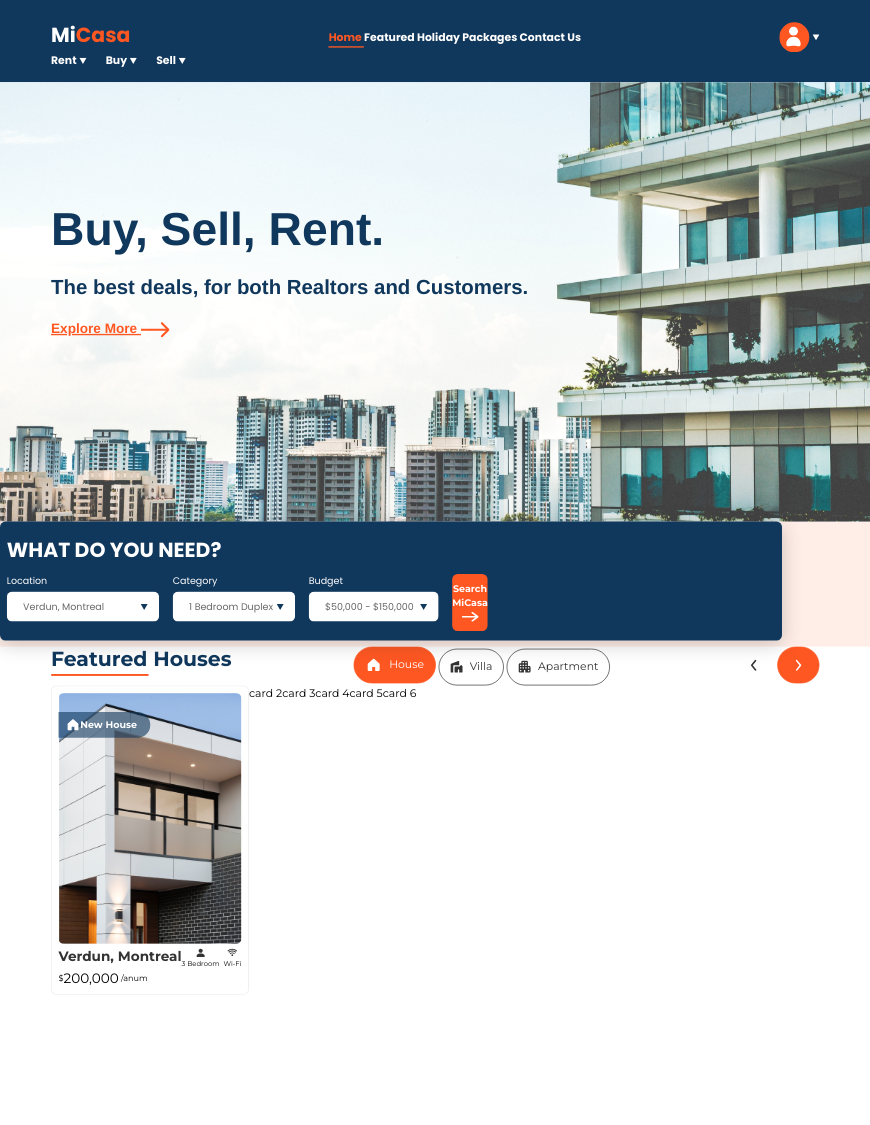
Repository: BenUnyolo/micasa-frontend
Page: index.html
An editor plug-in stored every save of this project. The page is shown before and after the next save, followed by the edit.
The browser window is 1280 px wide. The pictures show the whole page, at 68% of full size.

Above is the page before, as saved 2021-10-17 17:10:30.

### index.html
<!DOCTYPE html>
<html lang="en">
  <head>
    <meta charset="UTF-8" />
    <meta http-equiv="X-UA-Compatible" content="IE=edge" />
    <meta name="viewport" content="width=device-width, initial-scale=1.0" />
    <title>Document</title>
    <link rel="stylesheet" href="tailwind.css" />
  </head>
  <body>
    <!-- HEADER -->
    <header class="pt-8 pb-5 text-white bg-primary-600">
      <div class="inner-container">
        <!-- top row -->
        <div class="flex flex-row justify-between">
          <a
            href="/"
            class="inline-block text-3xl font-bold leading-10 font-poppins"
          >
            Mi<span class="text-secondary-600">Casa</span>
          </a>
          <nav class="flex items-center inline-block">
            <ul class="font-bold li-inline space-x-14 font-poppins">
              <li
                class="
                  text-secondary-600
                  border-b-2
                  pb-0.5
                  border-secondary-600
                "
              >
                <a href="/">Home</a>
              </li>
              <li><a href="#">Featured</a></li>
              <li><a href="#">Holiday Packages</a></li>
              <li><a href="#">Contact Us</a></li>
            </ul>
          </nav>
          <div class="flex flex-row items-center">
            <img src="assets/images/user_avatar.svg" alt="user avatar" />
            <svg
              width="14"
              height="12"
              viewBox="0 0 14 12"
              fill="none"
              xmlns="http://www.w3.org/2000/svg"
              class="pl-1"
            >
              <title>profile dropdown</title>
              <path d="M7 12L0.0717964 0H13.9282L7 12Z" fill="white" />
            </svg>
          </div>
        </div>
        <!-- bottom row -->
        <div>
          <ul class="space-x-6 font-bold li-inline font-poppins">
            <li>
              Rent
              <svg
                width="12"
                height="9"
                viewBox="0 0 12 9"
                fill="none"
                xmlns="http://www.w3.org/2000/svg"
                class="inline-block"
              >
                <path d="M6 9L0.803848 0H11.1962L6 9Z" fill="white" />
              </svg>
            </li>
            <li>
              Buy
              <svg
                width="12"
                height="9"
                viewBox="0 0 12 9"
                fill="none"
                xmlns="http://www.w3.org/2000/svg"
                class="inline-block"
              >
                <path d="M6 9L0.803848 0H11.1962L6 9Z" fill="white" />
              </svg>
            </li>
            <li>
              Sell
              <svg
                width="12"
                height="9"
                viewBox="0 0 12 9"
                fill="none"
                xmlns="http://www.w3.org/2000/svg"
                class="inline-block"
              >
                <path d="M6 9L0.803848 0H11.1962L6 9Z" fill="white" />
              </svg>
            </li>
          </ul>
        </div>
      </div>
    </header>

    <!-- HERO -->
    <div class="hero">
      <div class="flex inner-container">
        <div class="w-6/12">
          <h1 class="text-primary-600">Buy, Sell, Rent.</h1>
          <h2 class="mt-7.5 text-primary-600">
            The best deals, for both Realtors and Customers.
          </h2>
          <a
            href="#"
            class="
              inline-block
              mt-7.5
              text-secondary-600
              font-helvetica font-bold
              text-xl
              underline
            "
            >Explore More
            <svg
              width="43"
              height="23"
              viewBox="0 0 43 23"
              fill="none"
              xmlns="http://www.w3.org/2000/svg"
              class="inline-block"
            >
              <path
                d="M41.6936 12.9142C42.2794 12.3284 42.2794 11.3786 41.6936 10.7929L32.1477 1.24691C31.5619 0.661127 30.6122 0.661127 30.0264 1.24691C29.4406 1.8327 29.4406 2.78245 30.0264 3.36823L38.5117 11.8535L30.0264 20.3388C29.4406 20.9246 29.4406 21.8743 30.0264 22.4601C30.6122 23.0459 31.5619 23.0459 32.1477 22.4601L41.6936 12.9142ZM0.0714722 13.3535H40.633V10.3535H0.0714722V13.3535Z"
                fill="#FF5722"
              />
            </svg>
          </a>
        </div>
      </div>
    </div>

    <!-- SEARCH & HOW IT WORKS -->
    <div class="relative">
      <!-- what do you need -->
      <div
        class="absolute w-full pt-5 -mb-5 text-sm text-white rounded-lg  px-28 pb-7 font-poppins bg-primary-600 absolute-center inner-container -top-32"
        id="homepage-search"
      >
        <h3 class="leading-normal uppercase font-poppins">What do you need?</h3>
        <!-- search boxes -->
        <span class="inline-block w-full mt-3">
          <div class="flex flex-wrap -m-2.5">
            <!-- location -->
            <div class="w-1/3 p-2.5">
              <label for="location" class="block">Location</label>
              <select name="location" id="search-location">
                <option value="verdun-montreal">Verdun, Montreal</option>
                <option value="sthenri-montreal">Saint Henri, Montreal</option>
                <option value="littleburgundy-montreal">
                  Little Burgundy, Montreal
                </option>
              </select>
            </div>
            <!-- category -->
            <div class="w-1/3 p-2.5">
              <label for="category" class="block">Category</label>
              <select name="category" id="search-category">
                <option value="1br-duplex">1 Bedroom Duplex</option>
                <option value="2br-duplex">2 Bedroom Duplex</option>
                <option value="3br-duplex">3 Bedroom Duplex</option>
              </select>
            </div>
            <!-- category -->
            <div class="w-1/3 p-2.5">
              <label for="budget" class="block">Budget</label>
              <select name="budget" id="search-budget">
                <option value="50k-150k">$50,000 - $150,000</option>
                <option value="150k-250k">$150,001 - $250,000</option>
                <option value="250k-350k">$250,001 - $350,000</option>
              </select>
            </div>
            <!-- search button -->
            <div class="w-1/3 p-2.5 ml-auto">
              <div class="relative w-full">
                <button class="absolute btn-standard">
                  Search MiCasa
                  <svg
                    width="25"
                    height="15"
                    viewBox="0 0 25 15"
                    fill="none"
                    xmlns="http://www.w3.org/2000/svg"
                    class="inline-block"
                  >
                    <path
                      d="M1.5625 8H20.0938L14.4219 12.36C14.2906 12.4611 14.1916 12.5778 14.1308 12.7034C14.0699 12.829 14.0483 12.961 14.0672 13.0919C14.1052 13.3564 14.3059 13.6003 14.625 13.77C14.9441 13.9397 15.3555 14.0214 15.7686 13.997C16.1818 13.9726 16.5629 13.8442 16.8281 13.64L24.6406 7.64C24.6932 7.59228 24.7402 7.54214 24.7812 7.49C24.7813 7.44 24.8594 7.41 24.8906 7.36C24.9614 7.24534 24.9985 7.12329 25 7C24.9985 6.87671 24.9614 6.75466 24.8906 6.64C24.8906 6.59 24.8125 6.56 24.7812 6.51C24.7402 6.45786 24.6932 6.40773 24.6406 6.36L16.8281 0.360002C16.6812 0.247119 16.4972 0.156339 16.2893 0.0941181C16.0814 0.0318971 15.8545 -0.000236672 15.625 1.91036e-06C15.2599 -0.000454603 14.9061 0.0809208 14.625 0.230002C14.4668 0.313951 14.336 0.417051 14.2401 0.533399C14.1443 0.649746 14.0852 0.777054 14.0663 0.908031C14.0475 1.03901 14.0692 1.17108 14.1302 1.29668C14.1912 1.42229 14.2903 1.53895 14.4219 1.64L20.0938 6H1.5625C1.1481 6 0.750672 6.10536 0.457646 6.2929C0.16462 6.48043 0 6.73479 0 7C0 7.26522 0.16462 7.51957 0.457646 7.70711C0.750672 7.89464 1.1481 8 1.5625 8Z"
                      fill="white"
                    />
                  </svg>
                </button>
              </div>
            </div>
          </div>
        </span>
      </div>
      <!-- how it works -->
      <div class="pb-10 bg-secondary-600 bg-opacity-10 pt-28 text-grey-800">
        <div class="inner-container">
          <h3 class="text-center">How It Works</h3>
          <div class="flex mt-10">
            <!-- find a listing -->
            <div class="flex w-1/3">
              <div class="flex items-center flex-none">
                <img src="assets/images/find_listing.png" alt="" />
              </div>
              <div class="pl-5">
                <h4 class="font-bold">Find A Listing</h4>
                <p class="mt-2 text-xs">
                  Make a choice of the type of apartment and qualities that
                  appeal to your interest.
                </p>
              </div>
            </div>
            <!-- talk to an agent -->
            <div class="flex w-1/3">
              <div class="flex items-center flex-none">
                <img src="assets/images/talk_to_agent.png" alt="" />
              </div>
              <div class="pl-5">
                <h4 class="font-bold">Talk to an Agent</h4>
                <p class="mt-2 text-xs">
                  Our Agents are available 24 Hours Mon-Sat.
                </p>
              </div>
            </div>
            <!-- set the date -->
            <div class="flex w-1/3">
              <div class="flex items-center flex-none">
                <img src="assets/images/set_date.png" alt="" />
              </div>
              <div class="pl-5">
                <h4 class="font-bold">Set the date and Move in!</h4>
                <p class="mt-2 text-xs">
                  Make payments, get reciept and all other important documents,
                  set your move-in date.
                </p>
              </div>
            </div>
          </div>
        </div>
      </div>
    </div>

    <!-- FEATURED HOUSES -->
    <div class="pt-24 inner-container">
      <!-- title row -->
      <div class="flex flex-row justify-between">
        <!-- title -->
        <h3 class="inline-block orange-underline">Featured Houses</h3>
        <!-- building type buttons -->
        <div class="space-x-7">
          <button class="btn-rounded btn-rounded--orange">
            <svg
              width="25"
              height="24"
              viewBox="0 0 25 24"
              fill="none"
              class="inline-block mr-2.5"
              xmlns="http://www.w3.org/2000/svg"
            >
              <path
                d="M21.298 10.7351V19.179C21.2978 19.4439 21.2261 19.7037 21.0903 19.9311C20.9546 20.1584 20.7599 20.3449 20.5269 20.4707C20.3157 20.5849 20.0789 20.6433 19.8388 20.6402H15.45C15.2562 20.6402 15.0704 20.5632 14.9334 20.4262C14.7964 20.2892 14.7194 20.1033 14.7194 19.9096V15.5253C14.7194 15.3315 14.6424 15.1457 14.5054 15.0087C14.3684 14.8717 14.1825 14.7947 13.9888 14.7947H11.0664C10.8726 14.7947 10.6868 14.8717 10.5497 15.0087C10.4127 15.1457 10.3358 15.3315 10.3358 15.5253V19.9096C10.3358 20.1033 10.2588 20.2892 10.1218 20.4262C9.98476 20.5632 9.79892 20.6402 9.60516 20.6402H5.22491C5.01776 20.6407 4.81289 20.5969 4.62403 20.5118C4.43516 20.4267 4.26667 20.3023 4.12983 20.1467C3.88963 19.8689 3.75934 19.5128 3.76353 19.1456V10.735C3.76368 10.5314 3.8063 10.3301 3.88865 10.1439C3.971 9.95775 4.09128 9.79079 4.2418 9.65371L11.5472 3.01134C11.8155 2.76554 12.1662 2.62918 12.5301 2.62915C12.894 2.62912 13.2448 2.76541 13.5132 3.01116L20.8198 9.6538C20.9703 9.7909 21.0906 9.95787 21.1729 10.1441C21.2552 10.3302 21.2978 10.5315 21.298 10.7351Z"
                class="fill-current"
              />
            </svg>
            House
          </button>
          <button class="btn-rounded">
            <svg
              width="19"
              height="18"
              viewBox="0 0 19 18"
              fill="none"
              class="inline-block mr-2.5"
              xmlns="http://www.w3.org/2000/svg"
            >
              <path
                d="M4.52066 17.0955H1.59825C1.06247 17.0955 0.624107 16.6571 0.624107 16.1213V5.10381C0.624107 4.69468 0.867642 4.33424 1.24756 4.18812L11.9631 0.0675206C12.1112 0.0103599 12.271 -0.00973006 12.4287 0.00899941C12.5864 0.0277289 12.7371 0.0847102 12.8677 0.174983C12.9983 0.265256 13.1048 0.386083 13.1781 0.526948C13.2513 0.667813 13.289 0.824446 13.2879 0.98321V6.37993H5.4948C4.95902 6.37993 4.52066 6.8183 4.52066 7.35407V17.0955ZM14.262 8.32821H7.44307C6.9073 8.32821 6.46894 8.76657 6.46894 9.30235V16.1213C6.46894 16.6571 6.9073 17.0955 7.44307 17.0955H11.3396V13.1989C11.3396 12.6631 11.778 12.2248 12.3138 12.2248C12.8495 12.2248 13.2879 12.6631 13.2879 13.1989V17.0955H17.1845C17.7202 17.0955 18.1586 16.6571 18.1586 16.1213V8.32821C18.1586 7.25666 17.2819 6.37993 16.2103 6.37993C15.1388 6.37993 14.262 7.25666 14.262 8.32821Z"
                class="fill-current"
              />
            </svg>
            Villa
          </button>
          <button class="btn-rounded">
            <svg
              width="19"
              height="19"
              viewBox="0 0 19 19"
              fill="none"
              class="inline-block mr-2.5"
              xmlns="http://www.w3.org/2000/svg"
            >
              <path
                d="M14.3568 8.35402V2.50919C14.3568 1.43764 13.4801 0.560913 12.4086 0.560913H6.56373C5.49218 0.560913 4.61545 1.43764 4.61545 2.50919V4.45746H2.66718C1.59563 4.45746 0.718903 5.33419 0.718903 6.40574V16.1471C0.718903 17.2187 1.59563 18.0954 2.66718 18.0954H8.51201V14.1988H10.4603V18.0954H16.3051C17.3767 18.0954 18.2534 17.2187 18.2534 16.1471V10.3023C18.2534 9.23074 17.3767 8.35402 16.3051 8.35402H14.3568ZM4.61545 16.1471H2.66718V14.1988H4.61545V16.1471ZM4.61545 12.2506H2.66718V10.3023H4.61545V12.2506ZM4.61545 8.35402H2.66718V6.40574H4.61545V8.35402ZM8.51201 12.2506H6.56373V10.3023H8.51201V12.2506ZM8.51201 8.35402H6.56373V6.40574H8.51201V8.35402ZM8.51201 4.45746H6.56373V2.50919H8.51201V4.45746ZM12.4086 12.2506H10.4603V10.3023H12.4086V12.2506ZM12.4086 8.35402H10.4603V6.40574H12.4086V8.35402ZM12.4086 4.45746H10.4603V2.50919H12.4086V4.45746ZM16.3051 16.1471H14.3568V14.1988H16.3051V16.1471ZM16.3051 12.2506H14.3568V10.3023H16.3051V12.2506Z"
                class="fill-current"
              />
            </svg>

            Apartment
          </button>
        </div>
        <!-- arrows -->
        <div>
          <button class="border-white btn-rounded text-grey-800">
            <svg
              width="28"
              height="28"
              viewBox="0 0 28 28"
              fill="none"
              class="inline-block"
              xmlns="http://www.w3.org/2000/svg"
            >
              <path
                d="M17.1585 22.2809C17.4219 22.2815 17.677 22.1892 17.8798 22.0201C17.9939 21.9249 18.0882 21.808 18.1574 21.6761C18.2265 21.5441 18.2691 21.3998 18.2827 21.2513C18.2963 21.1027 18.2807 20.953 18.2367 20.8105C18.1927 20.6681 18.1212 20.5358 18.0263 20.4212L12.9775 14.3431L17.846 8.25361C17.9396 8.13762 18.0095 8.00415 18.0517 7.86089C18.0939 7.71762 18.1075 7.56738 18.0918 7.4188C18.0761 7.27021 18.0313 7.12622 17.9601 6.99509C17.889 6.86396 17.7927 6.74828 17.6769 6.6547C17.5603 6.55147 17.4238 6.4736 17.2759 6.42598C17.1279 6.37837 16.9718 6.36204 16.8173 6.37801C16.6628 6.39398 16.5133 6.44191 16.3781 6.5188C16.2428 6.59569 16.1249 6.69986 16.0316 6.8248L10.5884 13.6287C10.4226 13.8316 10.332 14.0861 10.332 14.3488C10.332 14.6114 10.4226 14.8659 10.5884 15.0688L16.2232 21.8727C16.3362 22.0099 16.4798 22.1184 16.6423 22.1893C16.8049 22.2603 16.9817 22.2917 17.1585 22.2809Z"
                class="fill-current"
              />
            </svg>
          </button>
          <button class="btn-rounded btn-rounded--orange">
            <svg
              width="28"
              height="28"
              viewBox="0 0 28 28"
              fill="none"
              class="inline-block"
              xmlns="http://www.w3.org/2000/svg"
            >
              <path
                d="M11.4953 6.37421C11.232 6.37369 10.9768 6.46597 10.774 6.63503C10.6599 6.73022 10.5656 6.84714 10.4964 6.97907C10.4273 7.11101 10.3847 7.25537 10.3711 7.4039C10.3575 7.55242 10.3731 7.70219 10.4171 7.84462C10.4611 7.98705 10.5326 8.11935 10.6275 8.23394L15.6763 14.3121L10.8078 20.4015C10.7142 20.5175 10.6443 20.651 10.6021 20.7943C10.5599 20.9375 10.5463 21.0878 10.562 21.2364C10.5777 21.3849 10.6225 21.5289 10.6937 21.6601C10.7649 21.7912 10.8611 21.9069 10.9769 22.0005C11.0935 22.1037 11.23 22.1816 11.3779 22.2292C11.5259 22.2768 11.682 22.2931 11.8365 22.2771C11.991 22.2612 12.1405 22.2132 12.2757 22.1364C12.411 22.0595 12.5289 21.9553 12.6222 21.8304L18.0654 15.0265C18.2312 14.8236 18.3218 14.5691 18.3218 14.3064C18.3218 14.0437 18.2312 13.7892 18.0654 13.5863L12.4306 6.78244C12.3176 6.64521 12.174 6.53673 12.0115 6.4658C11.8489 6.39487 11.6721 6.36349 11.4953 6.37421Z"
                class="fill-current"
              />
            </svg>
          </button>
        </div>
      </div>
      <!-- house cards -->
      <div class="flex overflow-x-scroll">
        <!-- card 1 -->
        <div class="flex-none w-1/4 border p-2.5 rounded-lg bg-white">
          <!-- top section -->
          <div class="relative">
            <!-- image -->
            <img
              src="assets/images/house_cards/house_1.png"
              alt="house with balcony"
              class="object-cover w-full rounded-lg h-86"
            />
            <!-- tag -->
            <div class="house-card__tag house-card__tag--new-house">
              New House
            </div>
          </div>
          <!-- title section -->
          <div class="flex justify-between mt-3.5">
            <!-- title -->
            <h4 class="inline-flex items-center text-grey-800">
              Verdun, Montreal
            </h4>
            <!-- icons -->
            <div class="inline-flex items-center flex-none">
              <!-- bedrooms -->
              <div class="inline-block">
                <div class="text-center">
                  <svg
                    width="18"
                    height="17"
                    viewBox="0 0 18 17"
                    fill="none"
                    xmlns="http://www.w3.org/2000/svg"
                    class="inline-block"
                  >
                    <path
                      d="M4.01701 15.228C4.01701 15.228 3.00223 15.228 3.00223 14.2132C3.00223 13.1984 4.01701 10.1541 9.0909 10.1541C14.1648 10.1541 15.1796 13.1984 15.1796 14.2132C15.1796 15.228 14.1648 15.228 14.1648 15.228H4.01701ZM9.0909 9.13933C9.89831 9.13933 10.6726 8.81859 11.2436 8.24766C11.8145 7.67674 12.1352 6.9024 12.1352 6.09499C12.1352 5.28759 11.8145 4.51325 11.2436 3.94232C10.6726 3.3714 9.89831 3.05066 9.0909 3.05066C8.28349 3.05066 7.50915 3.3714 6.93823 3.94232C6.36731 4.51325 6.04656 5.28759 6.04656 6.09499C6.04656 6.9024 6.36731 7.67674 6.93823 8.24766C7.50915 8.81859 8.28349 9.13933 9.0909 9.13933Z"
                      fill="#333333"
                    />
                  </svg>
                </div>
                <div class="text-center text-xxs">3 Bedroom</div>
              </div>
              <!-- wifi -->
              <div class="inline-block pl-1.5">
                <div class="text-center">
                  <svg
                    width="17"
                    height="17"
                    viewBox="0 0 17 17"
                    fill="none"
                    class="inline-block"
                    xmlns="http://www.w3.org/2000/svg"
                  >
                    <path
                      d="M8.60449 4.65059C10.9625 4.65059 13.1625 5.55259 14.7998 7.18993L15.7425 6.24726C13.8538 4.35793 11.3185 3.31726 8.60449 3.31726C5.89049 3.31793 3.35516 4.35793 1.46649 6.24726L2.40916 7.18993C4.04649 5.55259 6.24649 4.65059 8.60449 4.65059ZM12.3852 10.1886C10.3358 8.13926 6.87316 8.13926 4.82383 10.1886L5.76649 11.1313C7.30449 9.59326 9.90449 9.59326 11.4425 11.1313L12.3852 10.1886Z"
                      fill="#333333"
                    />
                    <path
                      d="M14.2291 8.17933C11.1811 5.13 6.02847 5.13 2.98047 8.17933L3.92314 9.122C6.46114 6.584 10.7485 6.584 13.2865 9.122L14.2291 8.17933Z"
                      fill="#333333"
                    />
                    <path
                      d="M8.60448 13.9839C9.34086 13.9839 9.93782 13.387 9.93782 12.6506C9.93782 11.9142 9.34086 11.3173 8.60448 11.3173C7.8681 11.3173 7.27115 11.9142 7.27115 12.6506C7.27115 13.387 7.8681 13.9839 8.60448 13.9839Z"
                      fill="#333333"
                    />
                  </svg>
                </div>
                <div class="text-center text-xxs">Wi-Fi</div>
              </div>
            </div>
          </div>
          <!-- price -->
          <div class="mt-3.5">
            <p>
              <span class="inline-block text-xs leading-7 align-top">$</span
              ><span class="inline-block text-xl">200,000</span
              ><span class="inline-block text-xs leading-7 align-bottom">
                &nbsp;/anum</span
              >
            </p>
          </div>
        </div>
        <div class="flex-none w-1/4">card 2</div>
        <div class="flex-none w-1/4">card 3</div>
        <div class="flex-none w-1/4">card 4</div>
        <div class="flex-none w-1/4">card 5</div>
        <div class="flex-none w-1/4">card 6</div>
      </div>
      <br />
      <br />
      <br />
      <br />
      <br />
      <br />
      <br />
      <br />
    </div>
  </body>
</html>

### assets/images/icons/house_white.svg
<svg width="22" height="22" viewBox="0 0 22 22" fill="none" xmlns="http://www.w3.org/2000/svg">
<path d="M19.3194 10.0223V17.6787C19.3192 17.9188 19.2542 18.1544 19.1311 18.3606C19.008 18.5667 18.8315 18.7358 18.6202 18.8498C18.4287 18.9535 18.214 19.0064 17.9963 19.0035H14.0168C13.8411 19.0035 13.6726 18.9337 13.5484 18.8095C13.4241 18.6853 13.3543 18.5168 13.3543 18.3411V14.3657C13.3543 14.19 13.2846 14.0215 13.1603 13.8973C13.0361 13.7731 12.8676 13.7033 12.6919 13.7033H10.042C9.86634 13.7033 9.69784 13.7731 9.57361 13.8973C9.44937 14.0215 9.37958 14.19 9.37958 14.3657V18.3411C9.37958 18.5168 9.30978 18.6853 9.18555 18.8095C9.06131 18.9337 8.89281 19.0035 8.71711 19.0035H4.74541C4.55757 19.004 4.37181 18.9643 4.20056 18.8872C4.02931 18.81 3.87653 18.6971 3.75246 18.5561C3.53466 18.3042 3.41652 17.9814 3.42032 17.6484V10.0222C3.42046 9.83761 3.4591 9.65508 3.53377 9.48626C3.60844 9.31744 3.7175 9.16605 3.85398 9.04176L10.478 3.01891C10.7213 2.79603 11.0393 2.67239 11.3693 2.67236C11.6993 2.67233 12.0173 2.79591 12.2606 3.01874L18.8858 9.04185C19.0223 9.16616 19.1313 9.31756 19.206 9.48637C19.2806 9.65518 19.3192 9.83771 19.3194 10.0223Z" fill="white"/>
</svg>

Loaded but not shown: tailwind.css (library)

After the next save:
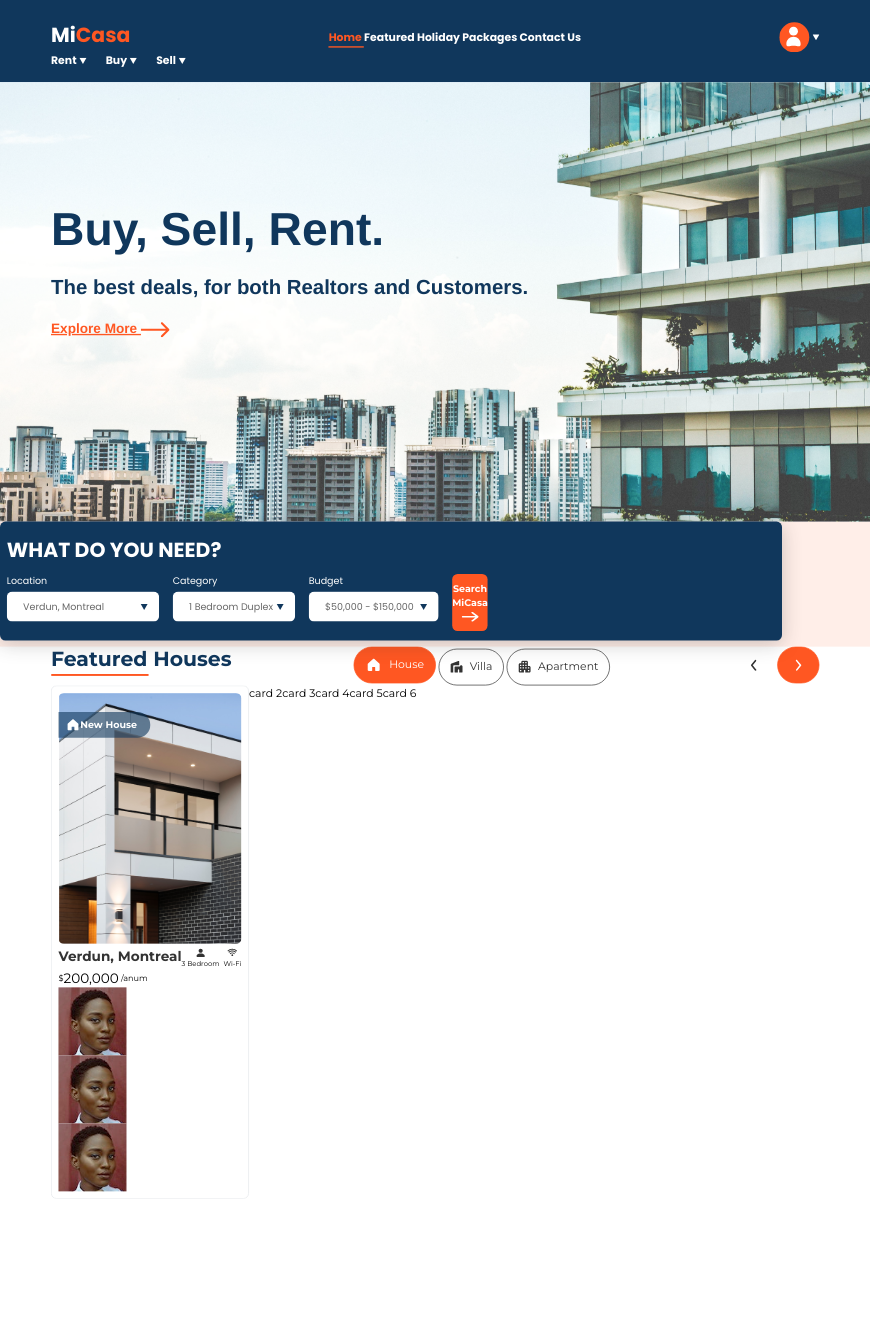
Saved 7 min 23 s later.
--- a/index.html
+++ b/index.html
@@ -422,6 +422,21 @@
               >
             </p>
           </div>
+          <!-- interest -->
+          <div>
+            <img
+              src="assets/images/house_cards/placeholder_avatar_1.jpeg"
+              alt="user 1 avatar"
+            />
+            <img
+              src="assets/images/house_cards/placeholder_avatar_1.jpeg"
+              alt="user 1 avatar"
+            />
+            <img
+              src="assets/images/house_cards/placeholder_avatar_1.jpeg"
+              alt="user 1 avatar"
+            />
+          </div>
         </div>
         <div class="flex-none w-1/4">card 2</div>
         <div class="flex-none w-1/4">card 3</div>
